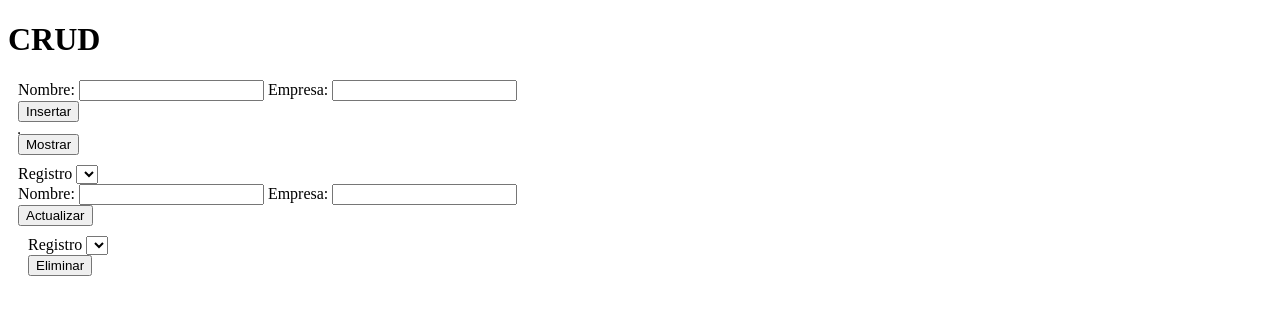
Repository: UAQJavaEveris/WorkspaceLuis
Page: http://localhost/FrontWS/
These files come from the project's save history. The page is drawn as it stood at one moment and after the next save; the edit follows.
The browser window is 1280 px wide. The pictures show the whole page.
The page is served by Tomcat 9. Other server files are loaded and not shown.

Above is the page before, as saved 2016-12-09 18:59:01.

### FrontWS/WebContent/index.jsp
<%@ page language="java" contentType="text/html; charset=ISO-8859-1"
    pageEncoding="ISO-8859-1"%>
<%@ taglib uri="http://java.sun.com/jsp/jstl/core" prefix="c" %>
<!DOCTYPE html PUBLIC "-//W3C//DTD HTML 4.01 Transitional//EN" "http://www.w3.org/TR/html4/loose.dtd">
<html>
<head>
<meta http-equiv="Content-Type" content="text/html; charset=ISO-8859-1">

<title>Crud Proyect</title>
</head>
<body>
<h1>CRUD</h1>

<div style="margin: 10px">
	<form action="./ServletInsert" method="post"  name="formInsert">
		<div>
			<label>Nombre: </label>
				<input id="nombreI" name="nombreI" type="text" >
			<label>Empresa: </label>
				<input id="empresaI" name="empresaI" type="text" >
		</div>
		<div>
			<input id="insert" name="insert" type="submit" value="Insertar">
		</div>
		<div></div>
	</form>
</div>
<div style="margin: 10px">
	<form action="./ServletReload" method="post"  name="formReload">
	<div>
	<table border="1" id="tablaReload">

   	</table>
	</div>
		<div>
			<input id="show" name="show" type="submit" value="Mostrar">
		</div>
	</form>
</div>

<div style="margin: 10px">
	<form action="./ServletUpdate" method="post"  name="formUpdate">
	<div>
		<div>
			<label>Registro</label>
				<select>
				</select>
		</div>
		<div>
			<label>Nombre: </label>
				<input id="nombreU" name="nombreU" type="text" >
			<label>Empresa: </label>
				<input id="empresaU" name="empresaU" type="text" >
		</div>
		<div>
			<input id="update" name="update" type="submit" value="Actualizar">
		</div>
	</form>
</div>

<div style="margin: 10px">
	<form action="./ServletDelete" method="post"  name="formDelete">
	<div>
	<label>Registro</label>
		<select>

		</select>
	</div>
		<div>
			<input id="delete" name="delete" type="submit" value="Eliminar">
		</div>
	</form>
</div>


</body>
</html>

After the next save:
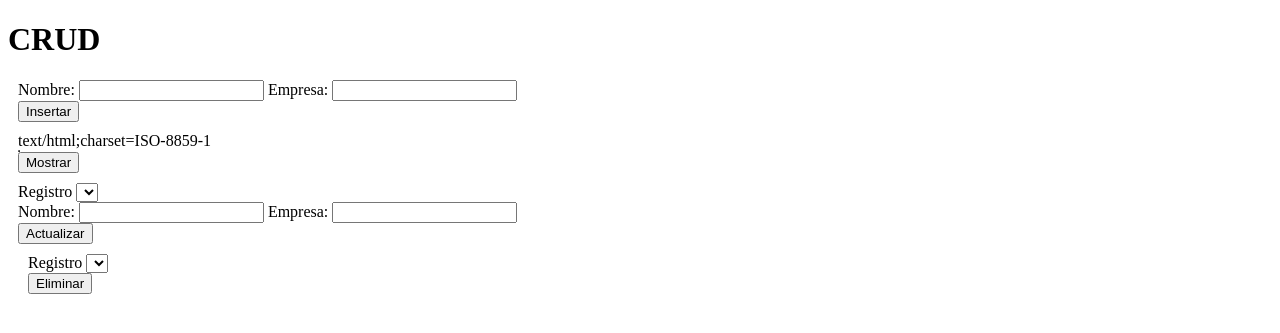
Saved 2 min 0 s later.
--- a/FrontWS/WebContent/index.jsp
+++ b/FrontWS/WebContent/index.jsp
@@ -29,7 +29,7 @@
 	<form action="./ServletReload" method="post"  name="formReload">
 	<div>
 	<table border="1" id="tablaReload">
-
+		<%=(String)response.getContentType()%>
    	</table>
 	</div>
 		<div>
